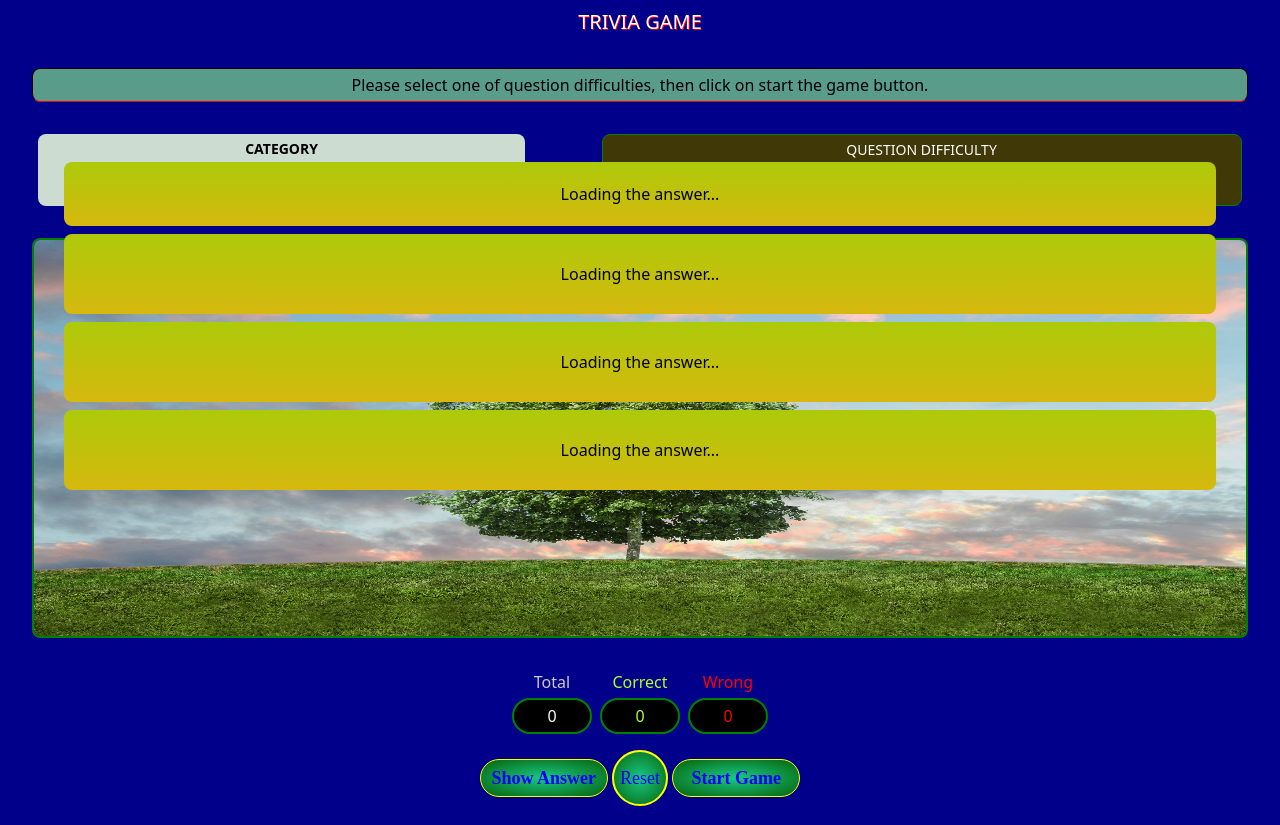
Repository: ShindanoSingi/bembe-trivia
Page: index.html
The author's editor kept a copy of each file at every save. The page is drawn from the files as they stood at one save, then again after the next save.
The browser window is 1280 px wide. The pictures show the whole page.
Some web libraries are served in a nearby version.

Above is the page before, as saved 2022-09-08 01:00:12.

After the next save:
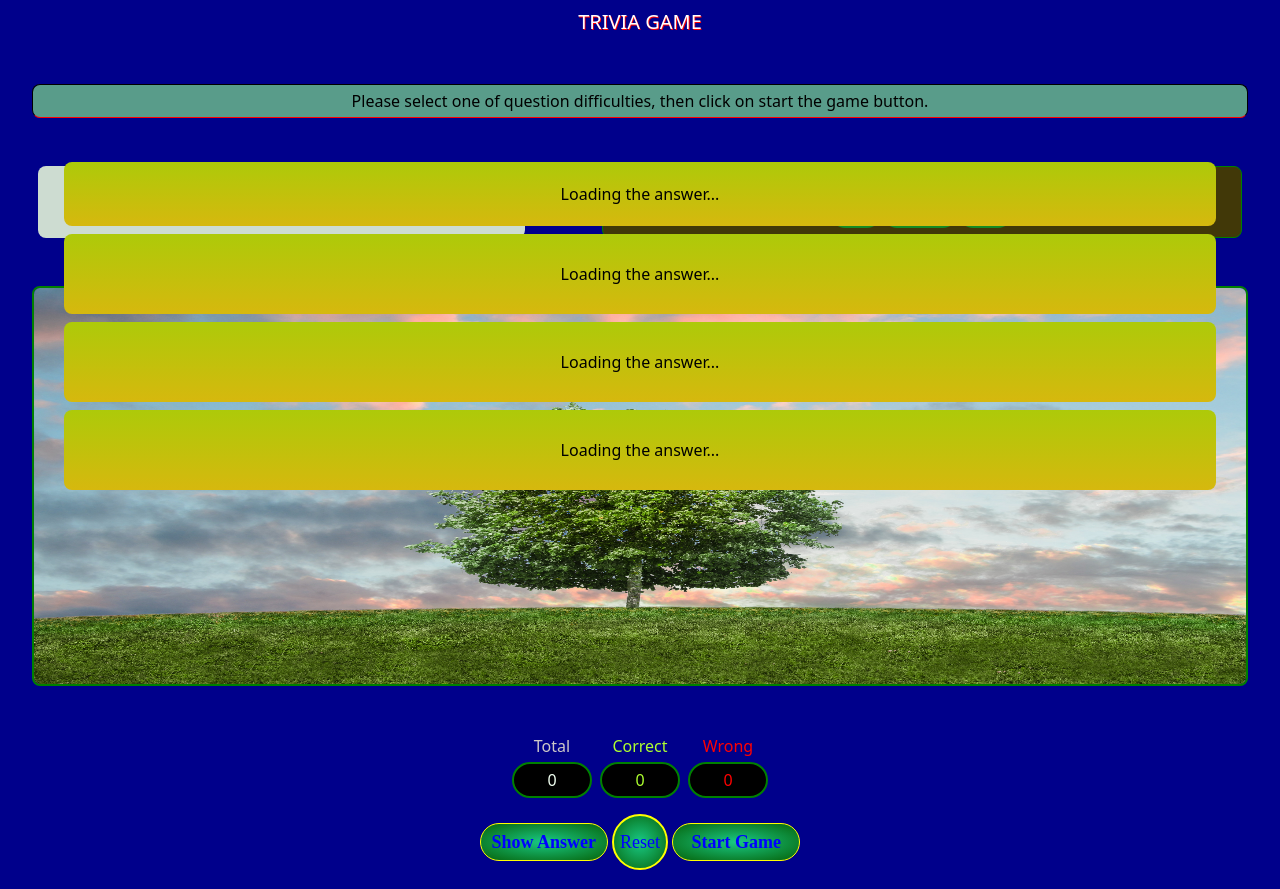
Saved 5 s later.
--- a/index.html
+++ b/index.html
@@ -11,7 +11,7 @@
     </head>
 
     <body class="">
-        <div class="containerBox max-h-[100vh] my-2 flex flex-col gap-[2rem]">
+        <div class="containerBox max-h-[100vh] my-2 flex flex-col gap-[3rem]">
             <h1 class="text-center text-xl" >TRIVIA GAME</h1>
             <div class="questionBox text-center w-[95vw] px-2 h-[8rem] p-1 mx-auto rounded-lg">
                 Please select one of question difficulties, then click on start the game button.
